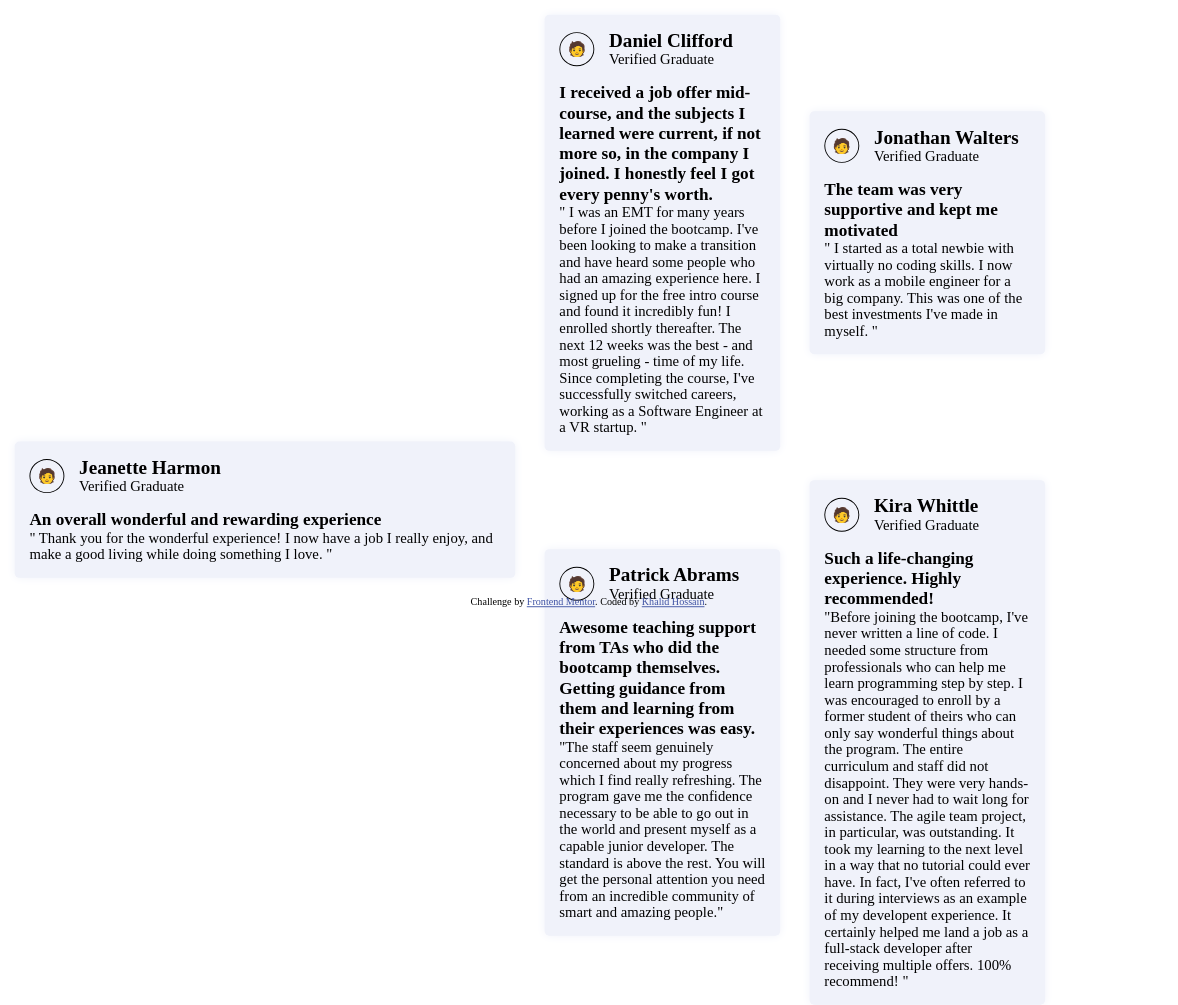
Repository: badhon252/Testimonials-Grid-Section
Page: index.html
These files come from the project's save history. The page is drawn as it stood at one moment and after the next save; the edit follows.
The browser window is 1280 px wide. The pictures show the whole page, at 92% of full size.

Above is the page before, as saved 2023-02-18 16:07:07.

After the next save:
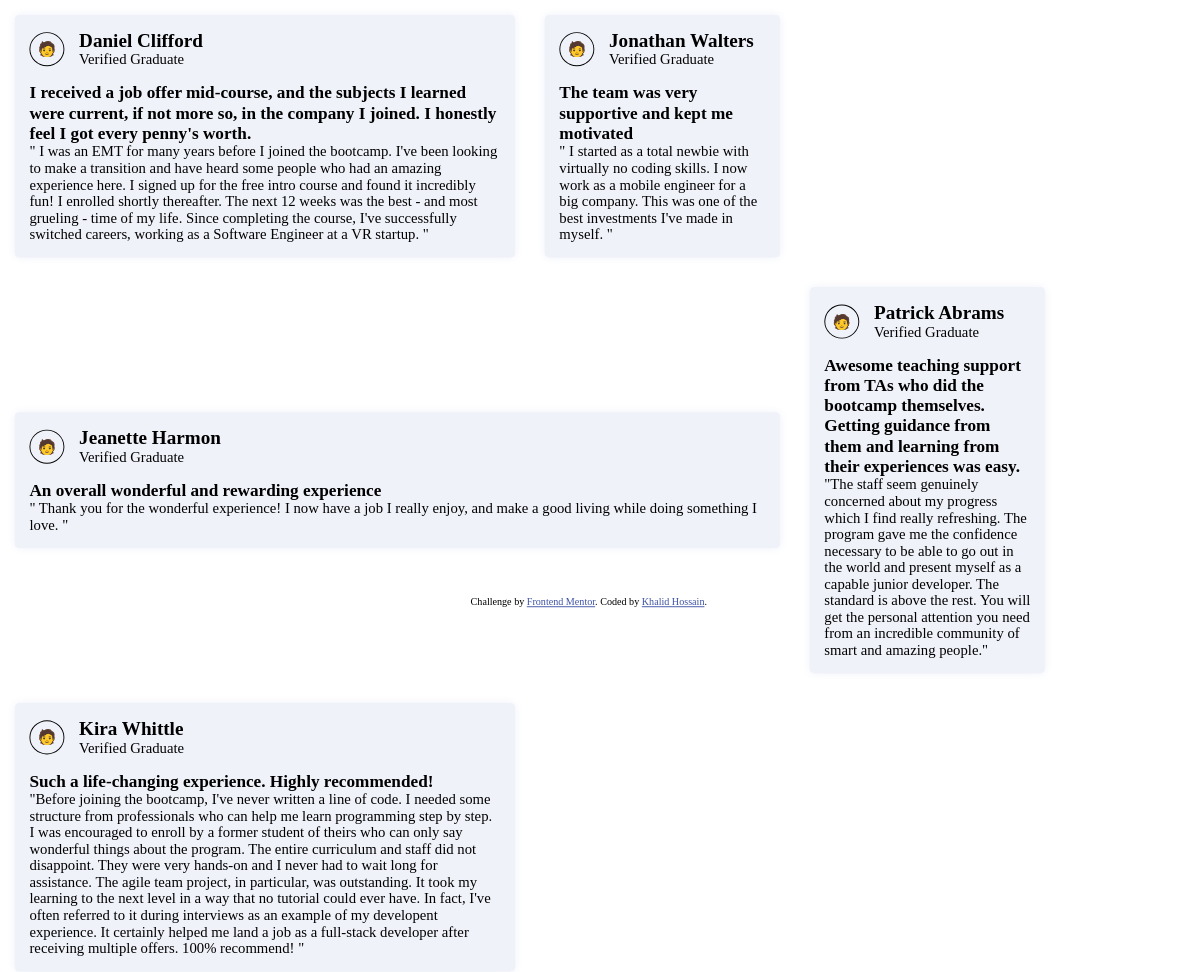
Saved 21 s later.
--- a/css/style.css
+++ b/css/style.css
@@ -55,8 +55,8 @@ body {
 .box3 {
     /* grid-area: box1; */
     background-color: hsl(227, 47%, 96%);
-    grid-row-start: 1;
-    grid-row-end: 3;
+    grid-column-start: 1;
+    grid-column-end: 3;
 }
 
 .box4 {
